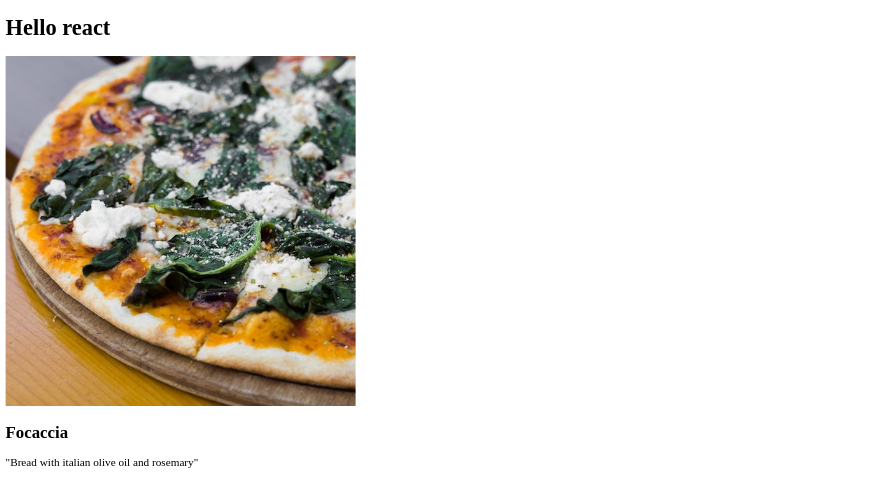
Repository: ahmedharidy/First-React-App
Page: /
These files come from the project's save history. The page is drawn as it stood at one moment and after the next save; the edit follows.
The browser window is 1280 px wide. The pictures show the whole page, at 70% of full size.
The project was rebuilt for these pictures with package versions that can differ from the ones it lists, and the page was loaded fresh each time.

Above is the page before, as saved 2026-09-21 10:01:29.

### src/index.js
import React from "react";
import ReactDOM from "react-dom/client";

function App() {
  return (
    <div>
      <h1>Hello react</h1>
      <Pizza />
    </div>
  );
}

const pizzaData = [
  {
    name: "Focaccia",
    ingredients: "Bread with italian olive oil and rosemary",
    price: 6,
    photoName: "pizzas/focaccia.jpg",
    soldOut: false,
  },
  {
    name: "Pizza Margherita",
    ingredients: "Tomato and mozarella",
    price: 10,
    photoName: "pizzas/margherita.jpg",
    soldOut: false,
  },
  {
    name: "Pizza Spinaci",
    ingredients: "Tomato, mozarella, spinach, and ricotta cheese",
    price: 12,
    photoName: "pizzas/spinaci.jpg",
    soldOut: false,
  },
  {
    name: "Pizza Funghi",
    ingredients: "Tomato, mozarella, mushrooms, and onion",
    price: 12,
    photoName: "pizzas/funghi.jpg",
    soldOut: false,
  },
  {
    name: "Pizza Salamino",
    ingredients: "Tomato, mozarella, and pepperoni",
    price: 15,
    photoName: "pizzas/salamino.jpg",
    soldOut: true,
  },
  {
    name: "Pizza Prosciutto",
    ingredients: "Tomato, mozarella, ham, aragula, and burrata cheese",
    price: 18,
    photoName: "pizzas/prosciutto.jpg",
    soldOut: false,
  },
];

function Pizza() {
  return (
    <div>
      <img src="pizzas/spinaci.jpg" alt="alt"></img>
      <h2>Focaccia</h2>
      <p>"Bread with italian olive oil and rosemary"</p>
    </div>
  );
}

const root = ReactDOM.createRoot(document.getElementById("root"));

root.render(<App />);

Loaded but not shown: public/index.html (common file)

After the next save:
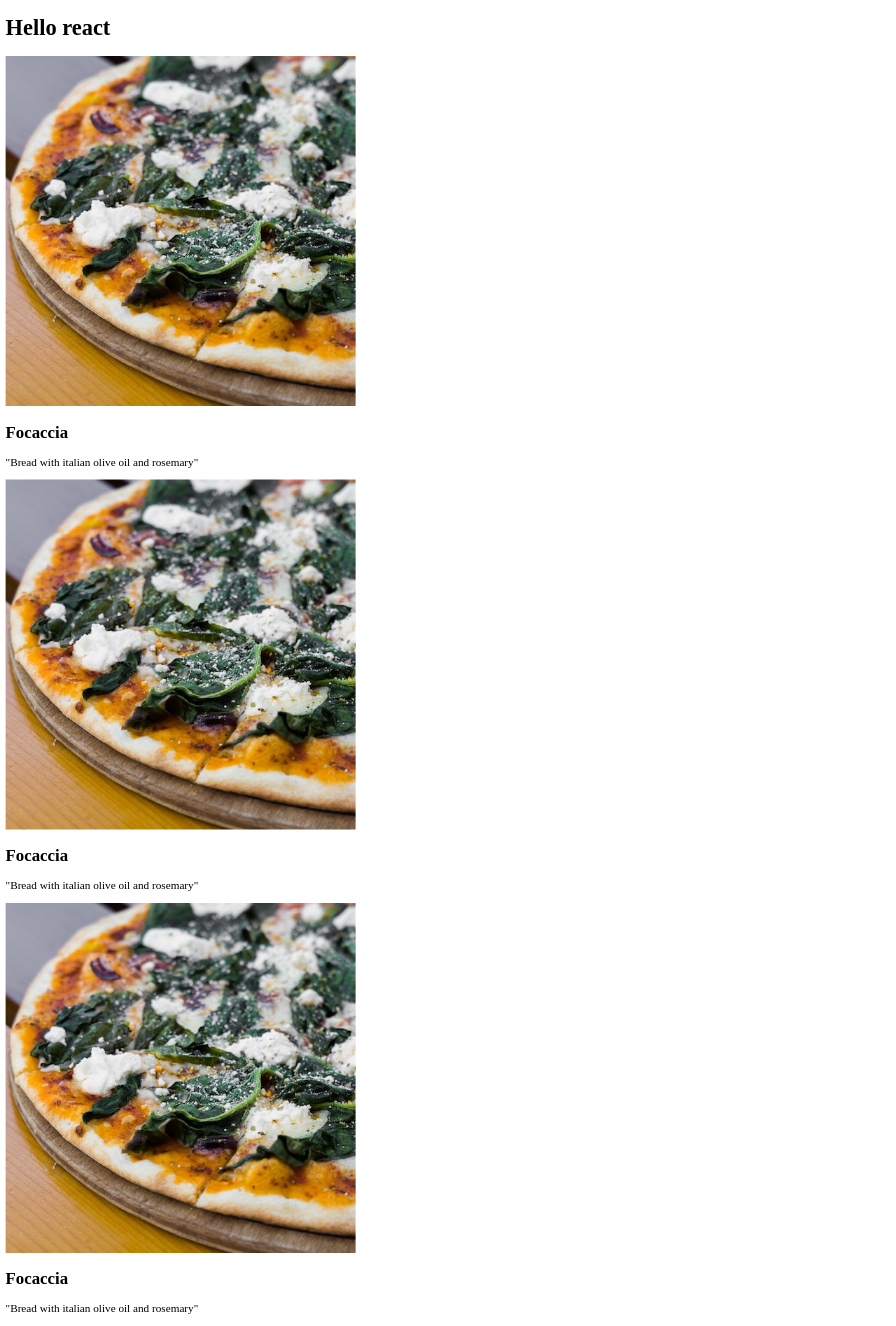
Saved 29 s later.
--- a/src/index.js
+++ b/src/index.js
@@ -5,6 +5,8 @@ function App() {
   return (
     <div>
       <h1>Hello react</h1>
+      <Pizza />
+      <Pizza />
       <Pizza />
     </div>
   );
